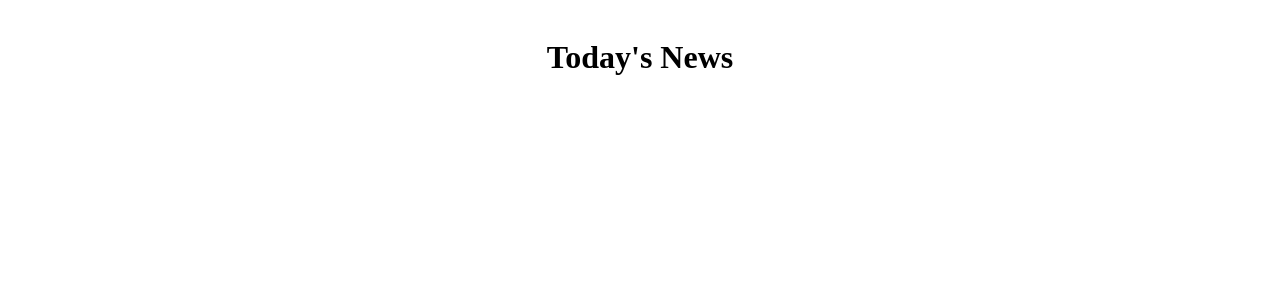
Repository: RonanKhalilOlaes/Olaes_Lab04_news
Page: /
The author's editor kept a copy of each file at every save. The page is drawn from the files as they stood at one save, then again after the next save.
The browser window is 1280 px wide. The pictures show the whole page.
The project was rebuilt for these pictures with package versions that can differ from the ones it lists, and the page was loaded fresh each time. Also part of the build but not shown: vite.config.js.

Above is the page before, as saved 2024-10-01 20:46:55.

After the next save:
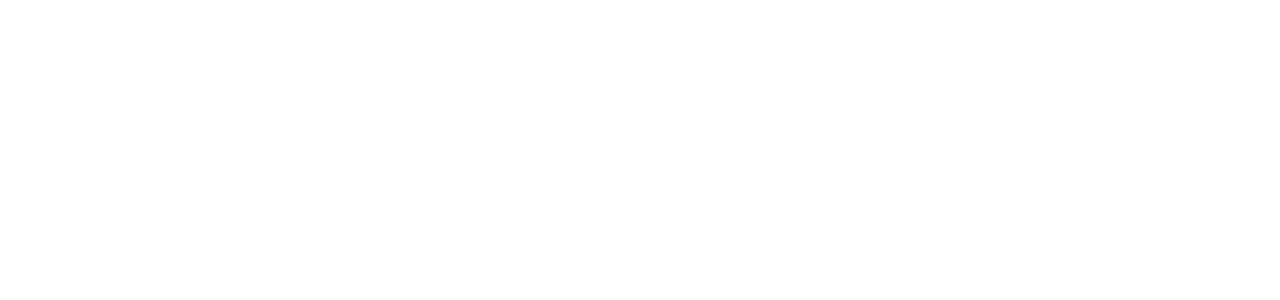
Console error: ReferenceError: artists is not defined
Saved 1 s later.
--- a/src/App.jsx
+++ b/src/App.jsx
@@ -5,9 +5,13 @@
   // Get stories from news feed
   const stories = news_feed.results;
 
+  const storyList = artists.map(artist => <Artist key={artist.name} artist={artist} />);
+
   return (
     <div className="App">
       <h1>Today's News</h1>
+
+
     </div>
   );
 }

After the 2 saves that followed:
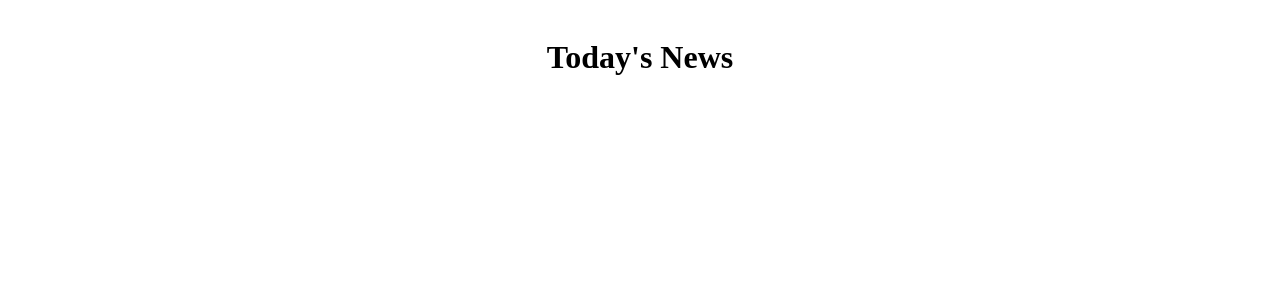
The error is gone.
The 2 saves are shown as one change because 1 left the picture as it was.
The last was saved 53 s later.
--- a/src/App.jsx
+++ b/src/App.jsx
@@ -5,7 +5,7 @@
   // Get stories from news feed
   const stories = news_feed.results;
 
-  const storyList = artists.map(artist => <Artist key={artist.name} artist={artist} />);
+  // const storyList = news.map(news => <News key={news.name} news={news} />);
 
   return (
     <div className="App">
